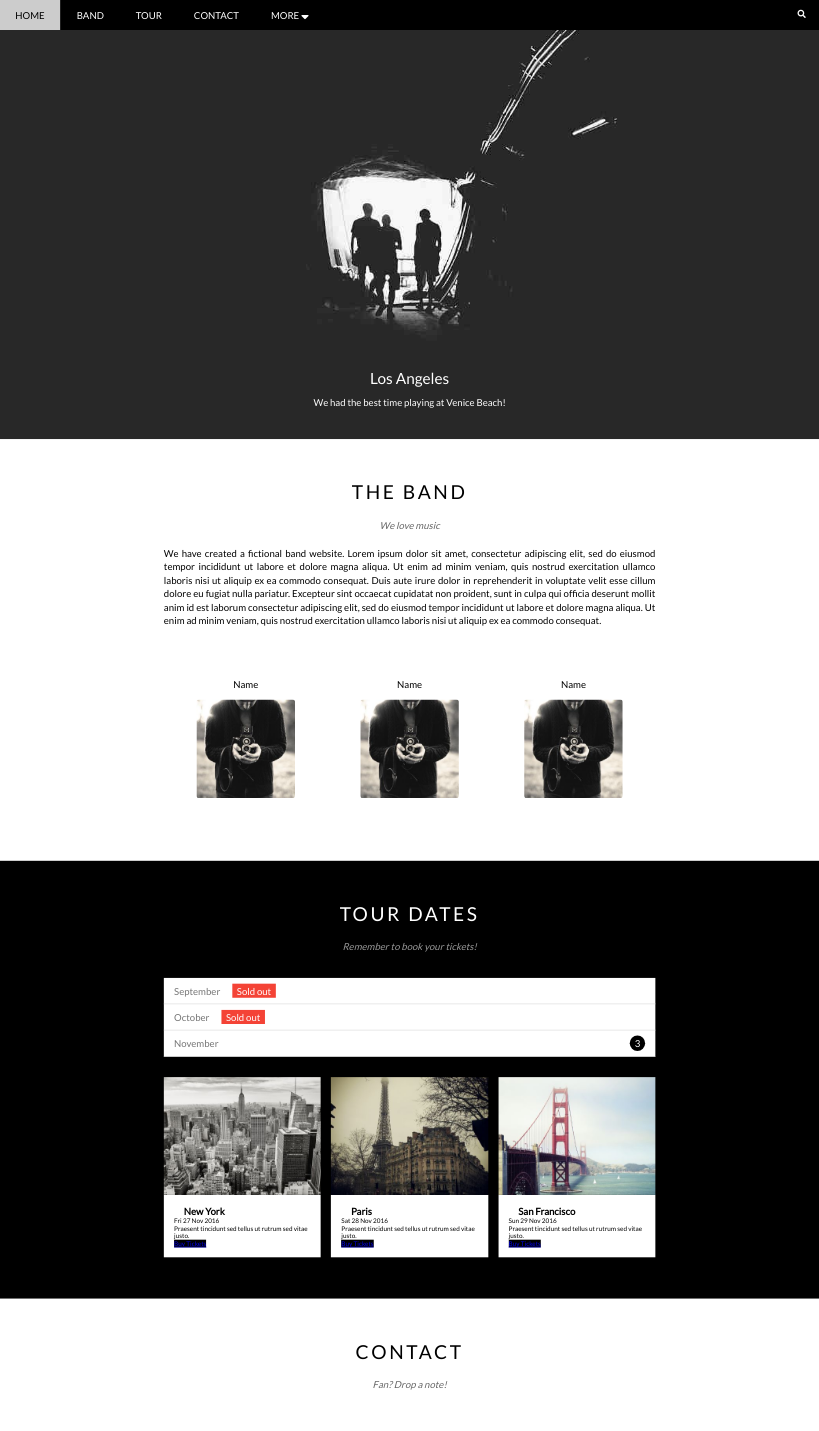
Repository: nguyenthaicong265/w3-band
Page: index.html
These files come from the project's save history. The page is drawn as it stood at one moment and after the next save; the edit follows.
The browser window is 1280 px wide. The pictures show the whole page, at 64% of full size.

Above is the page before, as saved 2021-12-29 17:08:06.

### index.html
<!DOCTYPE html>
<html lang="en">
<head>
    <meta charset="UTF-8">
    <meta http-equiv="X-UA-Compatible" content="IE=edge">
    <meta name="viewport" content="width=device-width, initial-scale=1.0">
    <title>Document</title>
    <link rel="stylesheet" href="./assets/css/styles.css">
    <link rel="stylesheet" href="https://fonts.googleapis.com/css?family=Lato">
    <link rel="stylesheet" href="./assets/font/themify-icons-font/themify-icons/themify-icons.css">
    <link rel="stylesheet" href="./assets/font/fontawesome-free-5.15.4-web/css/all.css">
</head>
<body>
    <div id="main">
        <div id="header">
            <ul id="nav">
                <li><a href="">Home</a></li>
                <li><a href="">Band</a></li>
                <li><a href="">Tour</a></li>
                <li><a href="">Contact</a></li>
                <li>
                    <a href="#">
                        More
                        <i class="fas fa-sort-down"></i>
                    </a>
                    <ul class="subnav">
                        <li><a href="#">Merchandise</a></li>
                        <li><a href="#">Extras</a></li>
                        <li><a href="#">Media</a></li>
                    </ul>
                </li>
            </ul>
            <div class="search-button">
                <i class="fas fa-search text-white"></i>
            </div>
        </div>

        <div id="slider">
            <div class="text-content text-white">
                <h2 class="text-head">Los Angeles
                </h2>
                <div class="text-description">We had the best time playing at Venice Beach!
                </div>
            </div>
        </div>

        <div id="content">
            <!-- About-section -->
            <div class="band-section">
                <div class="content-section band">
                    <h2 class="section-heading">
                    THE BAND
                    </h2>
                    <p class="section-sub-heading">
                    We love music
                    </p>
                    <p class="about-text">We have created a fictional band website. Lorem ipsum dolor sit amet, consectetur adipiscing elit, sed do eiusmod tempor incididunt ut labore et dolore magna aliqua. Ut enim ad minim veniam, quis nostrud exercitation ullamco laboris nisi ut aliquip ex ea commodo consequat. Duis aute irure dolor in reprehenderit in voluptate velit esse cillum dolore eu fugiat nulla pariatur. Excepteur sint occaecat cupidatat non proident, sunt in culpa qui officia deserunt mollit anim id est laborum consectetur adipiscing elit, sed do eiusmod tempor incididunt ut labore et dolore magna aliqua. Ut enim ad minim veniam, quis nostrud exercitation ullamco laboris nisi ut aliquip ex ea commodo consequat.
                    </p>

                    <!-- Member -->
                    <div class="members-list">
                        <div class="member-item">
                            <p class="member-name">Name</p>
                            <img src="./assets/img/band/member1.jpg" alt="Name" class="member-avatar">
                        </div>

                        <div class="member-item">
                            <p class="member-name">Name</p>
                            <img src="./assets/img/band/member1.jpg" alt="Name" class="member-avatar">
                        </div>

                        <div class="member-item">
                            <p class="member-name">Name</p>
                            <img src="./assets/img/band/member1.jpg" alt="Name" class="member-avatar">
                        </div>
                    </div>
                </div>
            </div>

            <!-- Tour-section -->
            <div class="tour-section">
                <div class="content-section">
                    <h2 class="section-heading text-white">
                    TOUR DATES
                    </h2>
                    <p class="section-sub-heading text-white">
                    Remember to book your tickets!
                    </p>

                    <!-- Tickets  -->
                    <ul class="tickets-list">
                        <li>September <span class="sold-out text-white">Sold out</span></li>
                        <li>October <span class="sold-out text-white">Sold out</span></li>
                        <li>November <span class="quantity text-white">3</span></li>
                    </ul>

                    <!-- Places -->
                    <div class="places-list">
                        <div class="places-item">
                            <img src="./assets/img/places/newyork.jpg" alt="New York" class="place-img">
                            <div class="place-body">
                                <h3 class="place-heading">
                                    New York
                                </h3>
                                <p class="place-time">
                                    Fri 27 Nov 2016
                                </p>
                                <p class="place-dsc">
                                    Praesent tincidunt sed tellus ut rutrum sed vitae justo.
                                </p>
                                <a href="#" class="place-buy-ticket">Buy Tickets</a>
                            </div>
                        </div>

                        <div class="places-item">
                            <img src="./assets/img/places/paris.jpg" alt="Paris" class="place-img">
                            <div class="place-body">
                                <h3 class="place-heading">
                                    Paris
                                </h3>
                                <p class="place-time">
                                    Sat 28 Nov 2016
                                </p>
                                <p class="place-dsc">
                                    Praesent tincidunt sed tellus ut rutrum sed vitae justo.
                                </p>
                                <a href="#" class="place-buy-ticket">Buy Tickets</a>
                            </div>
                        </div>

                        <div class="places-item">
                            <img src="./assets/img/places/sanfran.jpg" alt="San Francisco" class="place-img">
                            <div class="place-body">
                                <h3 class="place-heading">
                                    San Francisco
                                </h3>
                                <p class="place-time">
                                    Sun 29 Nov 2016
                                </p>
                                <p class="place-dsc">
                                    Praesent tincidunt sed tellus ut rutrum sed vitae justo.
                                </p>
                                <a href="#" class="place-buy-ticket">Buy Tickets</a>
                            </div>
                        </div>
                    </div>
                </div>
            </div>

            <!-- Contact-section -->
            <div class="content-section">
                <h2 class="section-heading">
                CONTACT
                </h2>
                <p class="section-sub-heading">
                Fan? Drop a note!
                </p>
            </div>
        </div>

        <div id="footer">

        </div>
    </div>
</body>
</html>

### assets/css/styles.css
/* Reset CSS */
* {
    padding: 0;
    margin: 0;
    box-sizing: border-box;
}

html {
    font-family: "Lato", sans-serif;
    font-size: 62.5%;
}

.text-white {
    color: #ffff !important;
}

#main {

}

#header {
    position: fixed;
    top: 0;
    left: 0;
    right: 0;
    height: 46.5px;
    background-color: #000000;
    z-index: 1;
}

#header .search-button {
    float: right;
    padding: 0 21px;
}

#header .search-button:hover {
    cursor: pointer;
    background-color: #f44336!important;
}

#header .fa-search {
    font-size: 13px;
    line-height: 46px;
}

#nav, .subnav {
    display: inline-block;
    list-style-type: none;
}

#nav > li {
    display: inline-block;
}

#nav li {
    position: relative;
}

#nav > li > a {
    color: #ffffff;
    text-transform: uppercase;
}

#nav li a {
    text-decoration: none;
    line-height: 46.5px;
    padding: 0px 24px;
    font-size: 1.5rem;
    display: block;
}

#nav .fa-sort-down {
    font-size: 20px;
}

#nav li:hover .subnav {
    display: block;

}

#nav > li:hover > a,
#nav .subnav li:hover a {
    color: #000 !important;
    background-color: #ccc !important;
}

#nav .subnav {
    display: none;
    position: absolute;
    min-width: 160px;
    top: 46.5px;
    background-color: #ffffff;
    box-shadow: 0 0 10px rgba(0, 0, 0, 0.3);
}

#nav .subnav a {
    color: #000;
    padding: 0 12px;
    line-height: 38px;
}

#slider {
    position: relative;
    margin-top: 46px;
    padding-top: 50%;
    background: url(/assets/img/slider/slider1.jpg) top center / cover no-repeat;
}

#slider .text-content {
    position: absolute;
    bottom: 48px;
    width: 100%;
    text-align: center;
}

#slider .text-head {
    font-weight: 100;
    font-size: 24px;
    margin-bottom: 10px;
}
#slider .text-description {
    font-size: 15px;
    margin-top: 15px;
}

#content {
}

#content .content-section {
    width: 800px;
    padding: 64px 16px ;
    margin-left: auto;
    margin-right: auto;
}

#content .section-heading {
    font-size: 30px;
    font-weight: 400;
    letter-spacing: 4px;
    text-align: center;
}

#content .section-sub-heading {
    font-size: 15px;
    font-style: italic;
    text-align: center;
    opacity: 0.6;
    margin-top: 25px;
}

#content .about-text {
    text-align: justify;
    font-size: 15px;
    margin-top: 25px;
    line-height: 1.4;
}

#content .members-list {
    margin-top: 48px;
    overflow: hidden;
    padding-top: 32px !important;
    padding-bottom: 32px !important;
}

#content .member-item {
    float: left;
    width: 33.333333%;
    text-align: center;
}

#content .member-name {
    font-size: 15px;


}

#content .member-avatar {
    width: 60%;
    margin-top: 15px;
    border-radius: 4px;
}

.tour-section {
    background-color: #000;
    width: 100%;
}

.tickets-list {
    background-color: #ffffff;
    margin-top: 40px;
    list-style-type: none;
}

.tickets-list li {
    font-size: 15px;
    padding: 11px 16px;
    border-bottom: 1px solid #dddd;
    color: #757575;
}

.tickets-list .sold-out {
    background-color: #f44336!important;
    padding: 2px 7px;
    margin-left: 16px;
}

.tickets-list .quantity {
    float: right;
    width: 24px;
    height: 24px;
    background-color: #000;
    border-radius: 50%;
    line-height: 24px;
    text-align: center;
    margin-top: -3px;
}

.places-list {
    margin: 32px -8px 0px;
    overflow: hidden;
}

.places-item {
    float: left;
    width: 33.33333%;
    padding: 0 8px;

}

.place-img {
    display: block;
    width: 100%;
}

.place-img:hover {
    opacity: 0.6;
}

.place-body {
    background-color: #ffff;
    padding: 16px;
}

.place-heading {
    font-size: 15px;
    font-weight: bolder;
    margin: 0 0 0 15px;
}

.place-dsc {

}

.places-list .places-item .place-buy-ticket {
    background-color: #000;
}

.places-list .places-item .place-buy-ticket:hover {
    color: #000;
    background-color: #ccc;
}

#footer {

}

Loaded but not shown: assets/font/themify-icons-font/themify-icons/themify-icons.css (common file); assets/font/fontawesome-free-5.15.4-web/css/all.css (library)

After the next save:
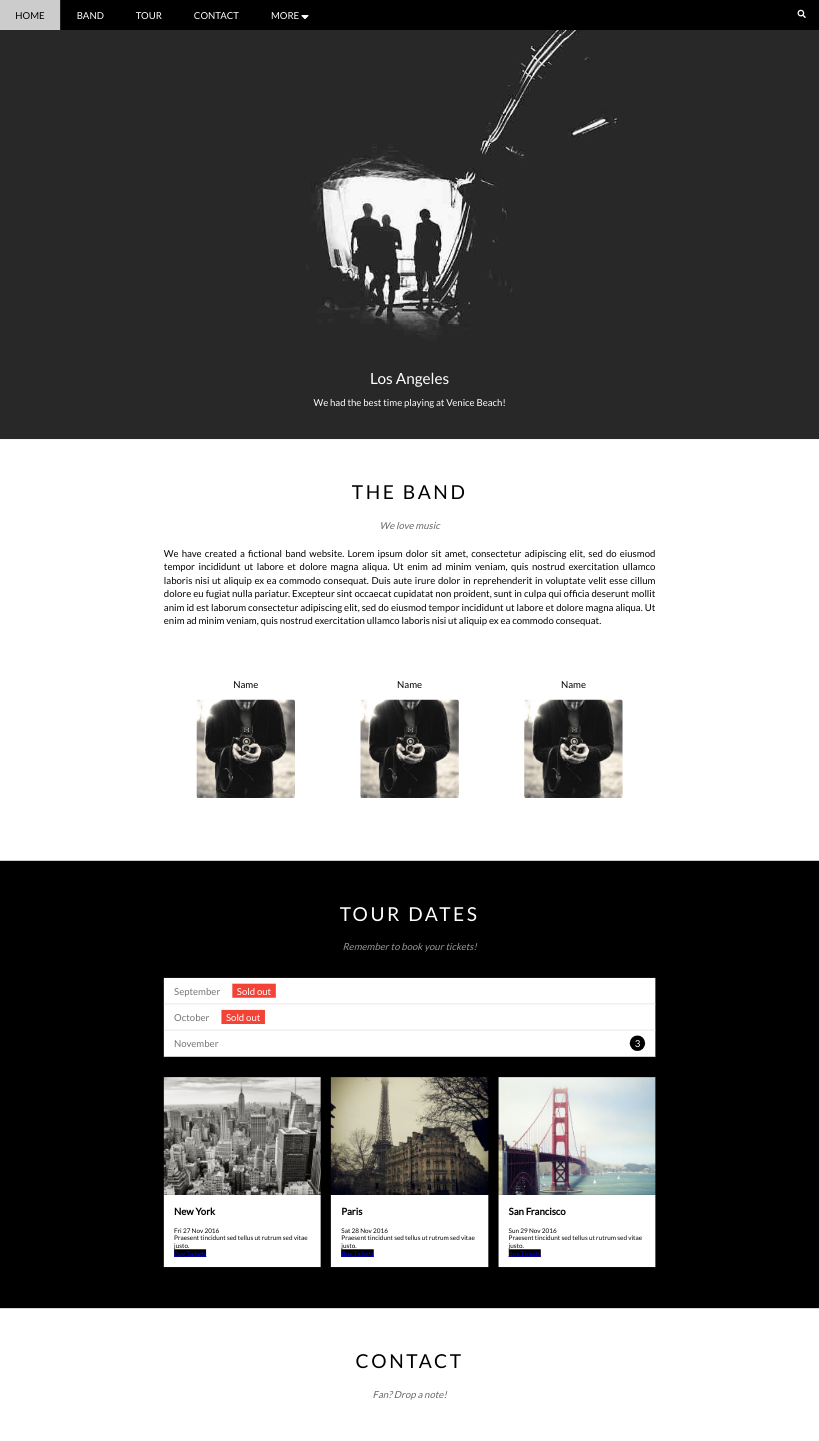
Saved 8 s later.
--- a/assets/css/styles.css
+++ b/assets/css/styles.css
@@ -244,7 +244,7 @@ html {
 .place-heading {
     font-size: 15px;
     font-weight: bolder;
-    margin: 0 0 0 15px;
+    margin: 0 0 15px 0;
 }
 
 .place-dsc {
